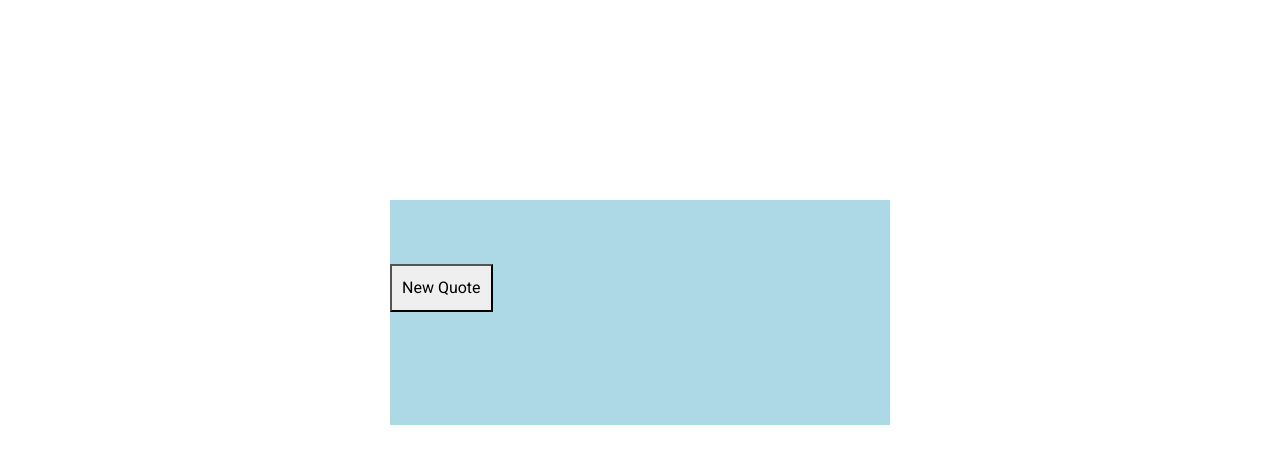
Repository: derektypist/random-quote-machine
Page: index.html
The author's editor kept a record of every edit. The page is drawn from the files as they stood at one moment, then again after the next edit.
The browser window is 1280 px wide. The pictures show the whole page.
Some web libraries are served in a nearby version.

Above is the page before.

After the next edit:
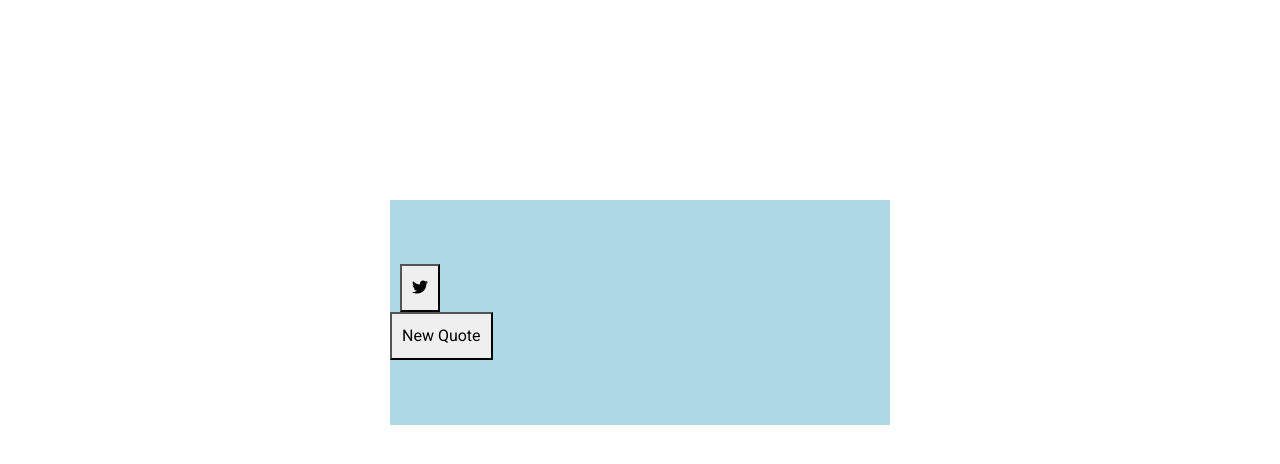
The edit:
--- a/index.html
+++ b/index.html
@@ -62,9 +62,11 @@
     <article id="quote-box">
         <h4 id="text"></h4>
         <p id="author"></p>
+
+        <!-- Set Up Row -->
         <article class="row">
             <article class="col-sm-4">
-
+                <a href="https://www.twitter.com/intent/tweet" target="_blank" title="Tweet" id="tweet-quote"><button type="button"><i class="fab fa-twitter"></i></button></a>
             </article>
         </article>
 
